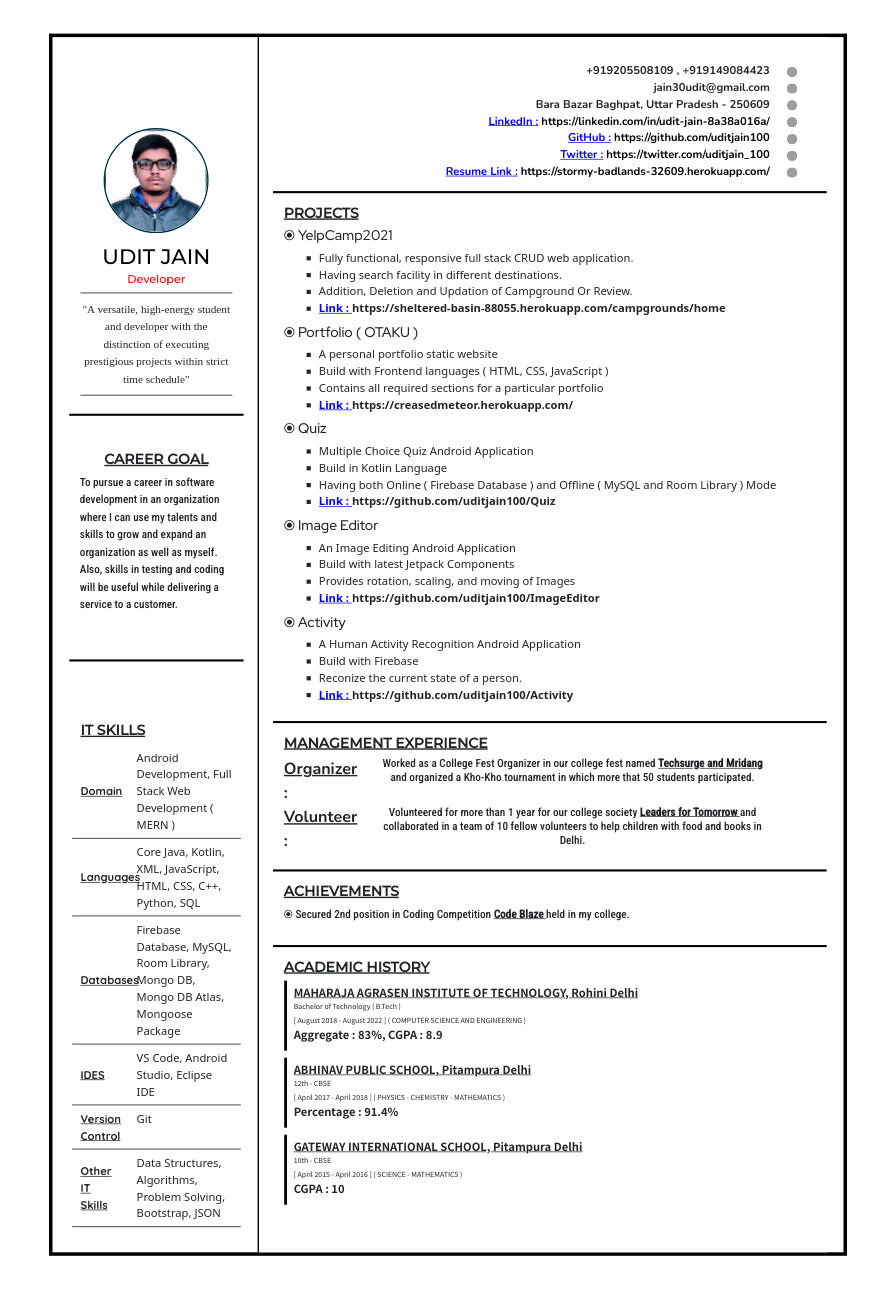
Repository: uditjain100/Resume
Page: index.html
These files come from the project's save history. The page is drawn as it stood at one moment and after the next save; the edit follows.
The browser window is 1280 px wide. The pictures show the whole page, at 70% of full size.
Pictures or frames that could not be fetched are drawn as grey boxes. Some web fonts or font styles are not loaded; a fallback is used.

Above is the page before, as saved 2021-05-28 02:11:50.

### index.html
<!DOCTYPE html>
<html lang="en">
	<head>
		<meta charset="UTF-8" />
		<meta http-equiv="X-UA-Compatible" content="IE=edge" />
		<meta name="viewport" content="width=device-width, initial-scale=1.0" />
		<title>RESUME : Udit Jain</title>
		<link rel="stylesheet" href="app.css" />
		<script
			src="https://code.jquery.com/jquery-3.5.1.min.js"
			integrity="sha256-9/aliU8dGd2tb6OSsuzixeV4y/faTqgFtohetphbbj0="
			crossorigin="anonymous"
		></script>
		<link
			href="https://cdn.jsdelivr.net/npm/bootstrap@5.0.0-beta1/dist/css/bootstrap.min.css"
			rel="stylesheet"
			integrity="sha384-giJF6kkoqNQ00vy+HMDP7azOuL0xtbfIcaT9wjKHr8RbDVddVHyTfAAsrekwKmP1"
			crossorigin="anonymous"
		/>

		<link rel="preconnect" href="https://fonts.gstatic.com" />
		<link
			href="https://fonts.googleapis.com/css2?family=Montserrat:wght@300;500&display=swap"
			rel="stylesheet"
		/>
		<link
			href="https://fonts.googleapis.com/css2?family=Roboto+Condensed:wght@500&display=swap"
			rel="stylesheet"
		/>
		<link
			href="https://fonts.googleapis.com/css2?family=Spartan:wght@500&display=swap"
			rel="stylesheet"
		/>
		<link
			href="https://fonts.googleapis.com/css2?family=Red+Hat+Display:wght@500&display=swap"
			rel="stylesheet"
		/>
		<link
			href="https://fonts.googleapis.com/css2?family=Ubuntu:wght@300&display=swap"
			rel="stylesheet"
		/>
		<link
			href="https://fonts.googleapis.com/css2?family=Quicksand:wght@700&display=swap"
			rel="stylesheet"
		/>
		<link
			href="https://fonts.googleapis.com/css2?family=Nunito:wght@700&display=swap"
			rel="stylesheet"
		/>
		<link
			href="https://fonts.googleapis.com/css2?family=Akaya+Kanadaka&display=swap"
			rel="stylesheet"
		/>
		<link
			href="https://fonts.googleapis.com/css2?family=Poppins:wght@400&display=swap"
			rel="stylesheet"
		/>
		<link
			href="https://fonts.googleapis.com/css2?family=Noto+Sans+JP&display=swap"
			rel="stylesheet"
		/>
	</head>
	<body>
		<main class="container row my-5 mx-auto" id="wholewindow">
			<section id="leftwindow" class="col-3">
				<article id="namebox">
					<img
						id="profileimg"
						src="profile.jpg"
						class="card-img-top"
						alt="..."
					/>
					<div class="card-body">
						<h3
							class="card-title"
							style="
								color: black;
								text-decoration: none;
								font-size: 30px;
								font-weight: 400;
							"
						>
							UDIT JAIN
						</h3>
						<h6 class="card-subtitle mx-auto">Developer</h6>
						<p id="summary">
							"A versatile, high-energy student and developer with the
							distinction of executing prestigious projects within strict time
							schedule"
						</p>
					</div>
				</article>

				<article class="card-body" id="goalbox">
					<h3 class="card-title text-center">CAREER GOAL</h3>
					<p>
						To pursue a career in software development in an organization where
						I can use my talents and skills to grow and expand an organization
						as well as myself. Also, skills in testing and coding will be useful
						while delivering a service to a customer.
					</p>
				</article>

				<article class="card-body" id="itskillsbox">
					<h3 class="card-title">IT SKILLS</h3>
					<ul class="list-group">
						<li id="itskillsitem" class="row">
							<span class="col-4" id="que">Domain</span>
							<span class="col-8" id="ans"
								>Android Development, Full Stack Web Development ( MERN )</span
							>
						</li>
						<li id="itskillsitem" class="row">
							<span class="col-4" id="que">Languages</span>
							<span class="col-8" id="ans"
								>Core Java, Kotlin, XML, JavaScript, HTML, CSS, C++, Python,
								SQL</span
							>
						</li>
						<li id="itskillsitem" class="row">
							<span class="col-4" id="que">Databases</span>
							<span class="col-8" id="ans"
								>Firebase Database, MySQL, Room Library, Mongo DB, Mongo DB
								Atlas, Mongoose Package</span
							>
						</li>
						<li id="itskillsitem" class="row">
							<span class="col-4" id="que">IDES</span>
							<span class="col-8" id="ans"
								>VS Code, Android Studio, Eclipse IDE</span
							>
						</li>
						<li id="itskillsitem" class="row">
							<span class="col-4" id="que">Version Control</span>
							<span class="col-8" id="ans">Git</span>
						</li>
						<li id="itskillsitem" class="row">
							<span class="col-4" id="que">Other IT Skills</span>
							<span class="col-8" id="ans"
								>Data Structures, Algorithms, Problem Solving, Bootstrap,
								JSON</span
							>
						</li>
					</ul>
				</article>
			</section>
			<section id="rightwindow" class="col-9">
				<article class="card-body" id="contactbox">
					<ul class="list-group">
						<li id="contactitem" class="row">
							<div class="col-11">+919205508109 , +919149084423</div>
							<div class="col-1">
								<img
									src="https://cdn.jsdelivr.net/npm/simple-icons@3.0.1/icons/android.svg"
									alt=""
								/>
							</div>
						</li>
						<li id="contactitem" class="row">
							<div class="col-11">jain30udit@gmail.com</div>
							<div class="col-1">
								<img
									src="https://cdn.jsdelivr.net/npm/simple-icons@3.0.1/icons/gmail.svg"
									alt=""
								/>
							</div>
						</li>
						<li id="contactitem" class="row">
							<div class="col-11">
								Bara Bazar Baghpat, Uttar Pradesh - 250609
							</div>
							<div class="col-1">
								<img
									src="https://cdn.jsdelivr.net/npm/simple-icons@3.0.1/icons/googlemaps.svg"
									alt=""
								/>
							</div>
						</li>
						<li id="contactitem" class="row">
							<div class="col-11">
								<span>LinkedIn :</span>
								<a href="https://linkedin.com/in/udit-jain-8a38a016a/"
									>https://linkedin.com/in/udit-jain-8a38a016a/</a
								>
							</div>
							<div class="col-1">
								<img
									src="https://cdn.jsdelivr.net/npm/simple-icons@4.13.0/icons/linkedin.svg"
									alt=""
								/>
							</div>
						</li>
						<li id="contactitem" class="row">
							<div class="col-11">
								<span>GitHub :</span>
								<a href="https://github.com/uditjain100"
									>https://github.com/uditjain100</a
								>
							</div>
							<div class="col-1">
								<img
									src="https://cdn.jsdelivr.net/npm/simple-icons@4.13.0/icons/github.svg"
									alt=""
								/>
							</div>
						</li>
						<li id="contactitem" class="row">
							<div class="col-11">
								<span>Twitter :</span>
								<a href="https://twitter.com/uditjain_100"
									>https://twitter.com/uditjain_100</a
								>
							</div>
							<div class="col-1">
								<img
									src="https://cdn.jsdelivr.net/npm/simple-icons@4.13.0/icons/twitter.svg"
									alt=""
								/>
							</div>
						</li>
						<li id="contactitem" class="row">
							<div class="col-11">
								<span>Resume Link :</span>
								<a href="https://stormy-badlands-32609.herokuapp.com/"
									>https://stormy-badlands-32609.herokuapp.com/</a
								>
							</div>
							<div class="col-1">
								<img
									src="https://cdn.jsdelivr.net/npm/simple-icons@4.13.0/icons/webpack.svg"
									alt=""
								/>
							</div>
						</li>
					</ul>
				</article>

				<article class="card-body" id="projectbox">
					<h3 class="card-title">PROJECTS</h3>
					<ul class="list-group">
						<li id="projectitem">
							<h5 id="projecttitle">⦿ YelpCamp2021</h5>
							<div id="projectdetails">
								<ul class="list-group">
									<li>
										Fully functional, responsive full stack CRUD web
										application.
									</li>
									<li>Having search facility in different destinations.</li>
									<li>
										Addition, Deletion and Updation of Campground Or Review.
									</li>
									<li>
										<span>Link : </span>
										https://sheltered-basin-88055.herokuapp.com/campgrounds/home
									</li>
								</ul>
							</div>
						</li>
						<li id="projectitem">
							<h5 id="projecttitle">⦿ Portfolio ( OTAKU )</h5>
							<div id="projectdetails">
								<ul class="list-group">
									<li>A personal portfolio static website</li>
									<li>
										Build with Frontend languages ( HTML, CSS, JavaScript )
									</li>
									<li>
										Contains all required sections for a particular portfolio
									</li>
									<li>
										<span>Link : </span>
										https://creasedmeteor.herokuapp.com/
									</li>
								</ul>
							</div>
						</li>
						<li id="projectitem">
							<h5 id="projecttitle">⦿ Quiz</h5>
							<div id="projectdetails">
								<ul class="list-group">
									<li>Multiple Choice Quiz Android Application</li>
									<li>Build in Kotlin Language</li>
									<li>
										Having both Online ( Firebase Database ) and Offline ( MySQL
										and Room Library ) Mode
									</li>
									<li>
										<span>Link : </span>
										https://github.com/uditjain100/Quiz
									</li>
								</ul>
							</div>
						</li>
						<li id="projectitem">
							<h5 id="projecttitle">⦿ Image Editor</h5>
							<div id="projectdetails">
								<ul class="list-group">
									<li>An Image Editing Android Application</li>
									<li>Build with latest Jetpack Components</li>
									<li>Provides rotation, scaling, and moving of Images</li>
									<li>
										<span>Link : </span>
										https://github.com/uditjain100/ImageEditor
									</li>
								</ul>
							</div>
						</li>
						<li id="projectitem">
							<h5 id="projecttitle">⦿ Activity</h5>
							<div id="projectdetails">
								<ul class="list-group">
									<li>A Human Activity Recognition Android Application</li>
									<li>Build with Firebase</li>
									<li>Reconize the current state of a person.</li>
									<li>
										<span>Link : </span>
										https://github.com/uditjain100/Activity
									</li>
								</ul>
							</div>
						</li>
					</ul>
				</article>

				<article class="card-body" id="managementskillsbox">
					<h3 class="card-title">MANAGEMENT EXPERIENCE</h3>
					<ul class="list-group">
						<li id="managementskillsitem" class="row">
							<span id="tag" class="col-2"><span>Organizer</span> : </span>
							<p class="col-9">
								Worked as a College Fest Organizer in our college fest named
								<span style="font-weight: 700; text-decoration: underline"
									>Techsurge and Mridang
								</span>
								and organized a Kho-Kho tournament in which more that 50
								students participated.
							</p>
						</li>
						<li id="managementskillsitem" class="row">
							<span id="tag" class="col-2"><span>Volunteer</span> : </span>
							<p class="col-9">
								Volunteered for more than 1 year for our college society
								<span style="font-weight: 700; text-decoration: underline"
									>Leaders for Tomorrow </span
								>and collaborated in a team of 10 fellow volunteers to help
								children with food and books in Delhi.
							</p>
						</li>
					</ul>
				</article>

				<article class="card-body" id="achievementsbox">
					<h3 class="card-title">ACHIEVEMENTS</h3>
					<ul class="list-group">
						<li id="achievementitem" class="row">
							<p>
								⦿ Secured 2nd position in Coding Competition
								<span style="font-weight: 700; text-decoration: underline"
									>Code Blaze
								</span>
								held in my college.
							</p>
						</li>
					</ul>
				</article>

				<article class="card-body" id="educationbox">
					<h3 class="card-title">ACADEMIC HISTORY</h3>
					<ul class="list-group">
						<li id="educationitem">
							<h6 id="institutename">
								MAHARAJA AGRASEN INSTITUTE OF TECHNOLOGY, Rohini Delhi
							</h6>
							<h6 id="stream">Bachelor of Technology ( B.Tech )</h6>
							<h6 id="subjects">
								[ August 2018 - August 2022 ] ( COMPUTER SCIENCE AND ENGINEERING
								)
							</h6>
							<h6 id="marks">Aggregate : 83%, CGPA : 8.9</h6>
						</li>
						<li id="educationitem">
							<h6 id="institutename">ABHINAV PUBLIC SCHOOL, Pitampura Delhi</h6>
							<h6 id="stream">12th - CBSE</h6>
							<h6 id="subjects">
								[ April 2017 - April 2018 ] ( PHYSICS - CHEMISTRY - MATHEMATICS
								)
							</h6>
							<h6 id="marks">Percentage : 91.4%</h6>
						</li>
						<li id="educationitem">
							<h6 id="institutename">
								GATEWAY INTERNATIONAL SCHOOL, Pitampura Delhi
							</h6>
							<h6 id="stream">10th - CBSE</h6>
							<h6 id="subjects">
								[ April 2015 - April 2016 ] ( SCIENCE - MATHEMATICS )
							</h6>
							<h6 id="marks">CGPA : 10</h6>
						</li>
					</ul>
				</article>
			</section>
		</main>
	</body>
</html>

### app.css
/* * Common Section */

@keyframes transitionIn {
	from {
		opacity: 0;
		transform: rotateY(-10deg);
	}
	to {
		opacity: 1;
		transform: rotateY(0);
	}
}

html {
	animation: transitionIn 1s;
}

p {
	font-family: "Roboto Condensed", sans-serif;
	line-height: 25px;
}

ul {
	list-style: none;
}
article {
	border-bottom: 3px black solid;
}

.card-title {
	font-family: "Montserrat";
	text-decoration: underline;
	font-weight: 900;
	font-size: 20px;
}

.card-subtitle {
	color: red;
}

.footer {
	position: -webkit-sticky;
	left: 0;
	bottom: 0;
	width: 100%;
	color: white;
	text-align: center;
	font-family: "Montserrat";
}

/*  ********************* resume work */

#wholewindow {
	border: 5px black solid;
	display: flex;
	flex-direction: row;
	flex-wrap: wrap;
	justify-content: space-evenly;
	/* align-items: center; */
}

#leftwindow {
	padding: 120px 20px 0px 0px;
	border-right: 2px black solid;
	min-width: 250px;
}

#rightwindow {
	padding: 20px 0px 0px 20px;
	min-width: 250px;
	background-color: white;
}

#namebox {
	display: flex;
	flex-direction: column;
	flex-wrap: wrap;
	align-items: center;
	text-align: center;
	font-family: "Montserrat";
}

#profileimg {
	width: 150px;
	height: 150px;
	border-radius: 50%;
	border: 2px #003049 solid;
	margin-top: 10px;
}
#summary {
	font-family: "Akaya Kanadaka";
	margin-top: 10px;
	margin-bottom: 10px;
	padding-top: 10px;
	padding-bottom: 10px;

	border-bottom: 1px black solid;
	border-top: 1px black solid;
}

#goalbox {
	padding: 50px 15px 50px 15px;
}

#managementskillsitem p {
	line-height: 20px;
	text-align: center;
}

#tag {
	font-family: "Nunito";
	font-size: 23px;
	font-weight: 900;
	text-align: left;
}

#tag span {
	text-decoration: underline;
}

li img {
	width: 15px;
	height: 15px;
	border-radius: 50%;
	margin-right: 5px;
}

#itskillsbox {
	margin: 70px 0px 20px 0px;
	border: none;
}
#educationbox {
	border: none;
}

#itskillsitem {
	border-bottom: 1px black solid;
	padding: 7px 0px 7px 0px;
}

#que {
	font-family: "Quicksand";
	text-decoration: underline;
	font-size: 16px;
	font-weight: 800;
	display: flex;
	align-items: center;
}

#contactitem {
	font-family: "Nunito";
}

#contactitem .col-11 {
	text-align: end;
}

#contactitem div a {
	text-decoration: none;
	color: black;
}

#contactitem div a:hover {
	text-decoration: underline;
	color: blue;
}

#contactitem .col-11 span {
	font-weight: 600;
	color: blue;
	text-decoration: underline;
}

#educationtitle {
	font-family: "Red Hat Display";
	font-weight: 200;
}

#educationitem {
	margin-bottom: 10px;
	padding: 10px 0px 10px 10px;
	border-left: 4px black solid;
}

#educationbox {
	font-family: "Noto Sans JP";
}

#educationitem h6 {
	line-height: 12px;
}

#institutename {
	text-decoration: underline;
	font-weight: 800;
	font-size: 16px;
}

#timestamp {
	font-size: 10px;
}

#stream {
	font-size: 10px;
	font-weight: 400;
}

#subjects {
	font-size: 10px;
	font-weight: 300;
}

#marks {
	/* font-size: 15px; */
	font-weight: 700;
}

#projecttitle {
	font-family: "Red Hat Display";
}

#projectdetails ul {
	list-style-type: square;
}

#projectdetails ul li:nth-of-type(4) {
	font-weight: 700;
	padding-bottom: 10px;
}

#projectdetails ul li span {
	color: blue;
	text-decoration: underline;
}

#projectdetails {
	margin-left: 50px;
}

After the next save:
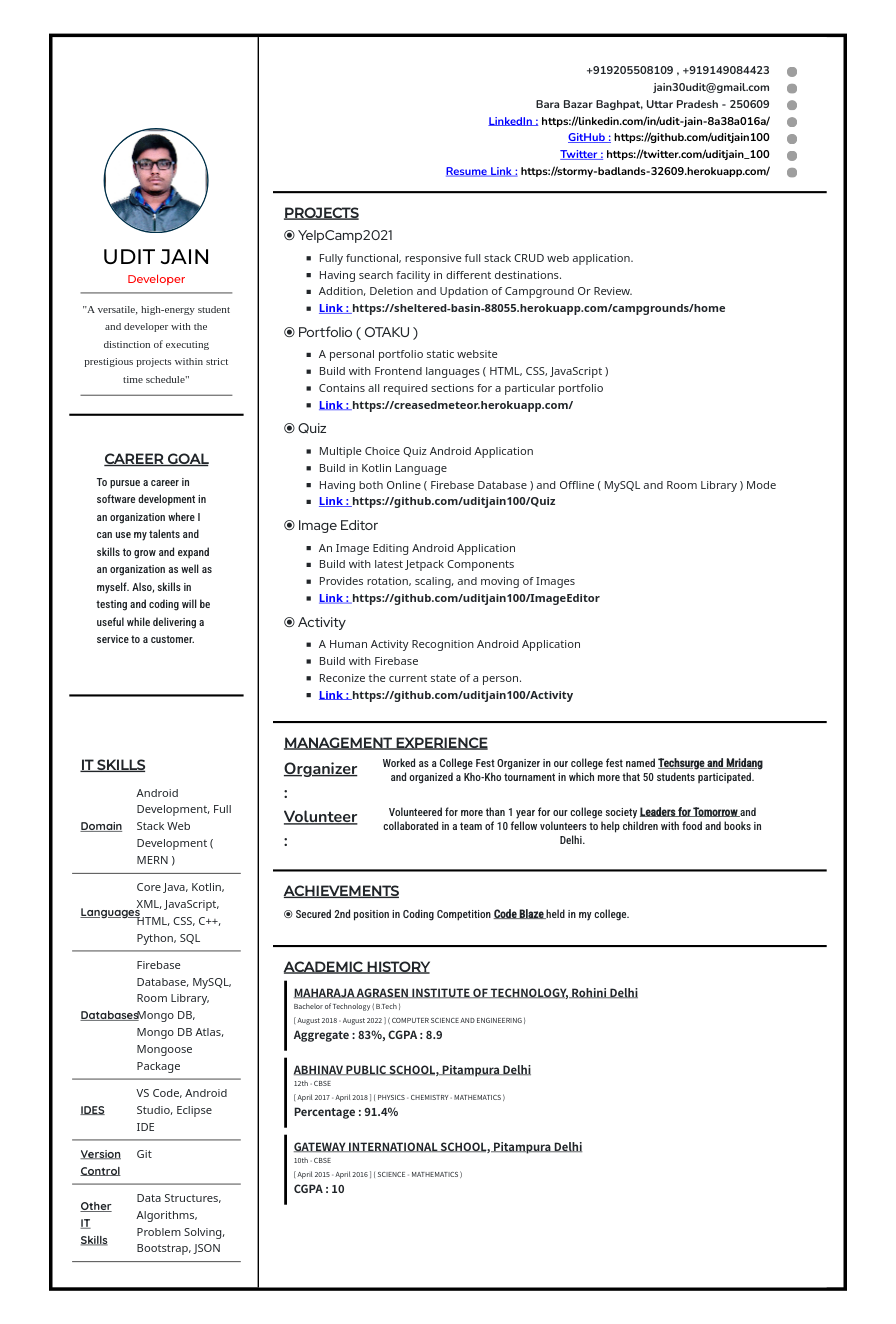
Saved 20 s later.
--- a/index.html
+++ b/index.html
@@ -93,7 +93,7 @@
 
 				<article class="card-body" id="goalbox">
 					<h3 class="card-title text-center">CAREER GOAL</h3>
-					<p>
+					<p class="container">
 						To pursue a career in software development in an organization where
 						I can use my talents and skills to grow and expand an organization
 						as well as myself. Also, skills in testing and coding will be useful
